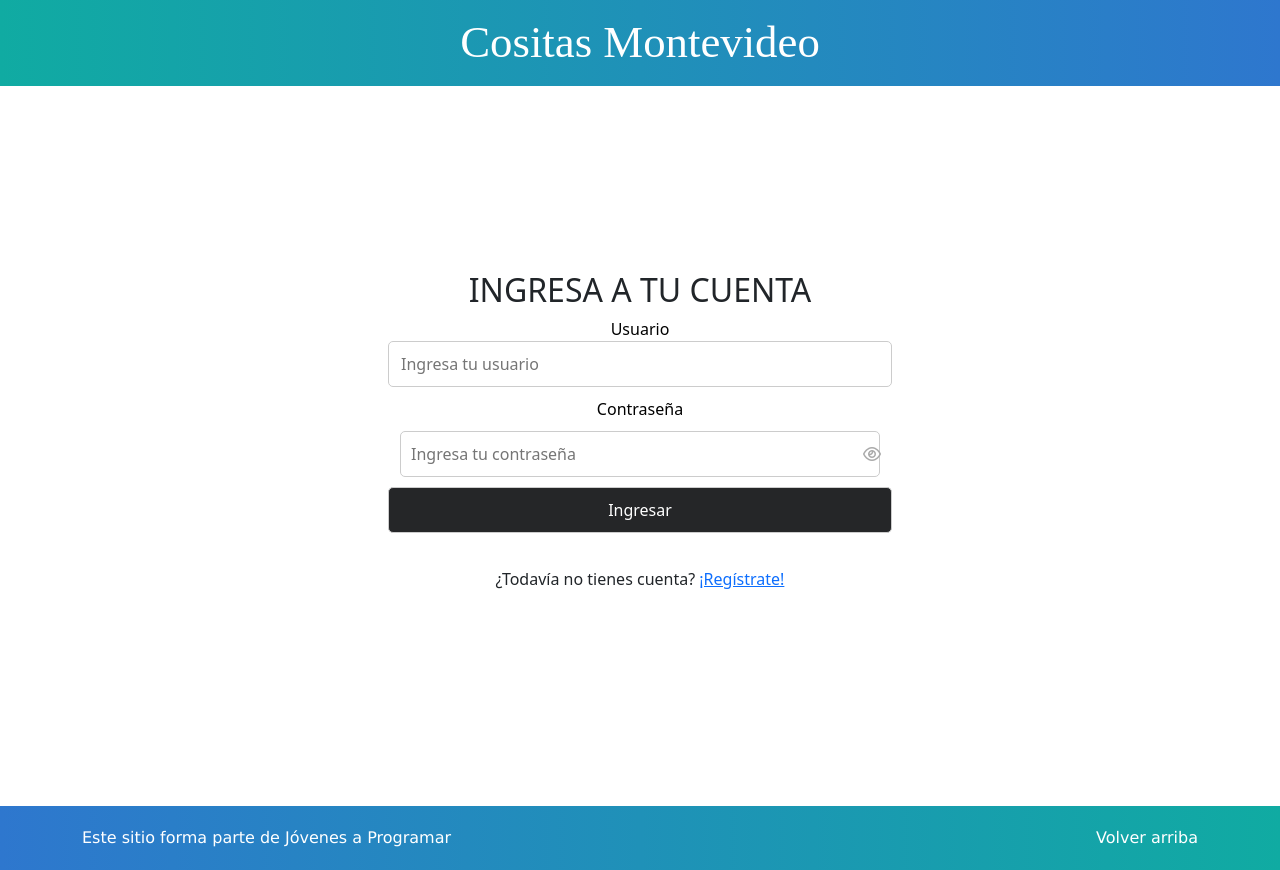
Repository: naticab/proyecto-dw
Page: login.html
These files come from the project's save history. The page is drawn as it stood at one moment and after the next save; the edit follows.
The browser window is 1280 px wide. The pictures show the whole page.
Some web fonts or font styles are not loaded; a fallback is used.

Above is the page before, as saved 2024-10-22 22:21:15.

### login.html
<!DOCTYPE html>
<html lang="es">

<head>
  <meta charset="UTF-8">
  <meta name="viewport" content="width=device-width, initial-scale=1, shrink-to-fit=no">
  <title>eMercado - Todo lo que busques está aquí</title>

  <link href="https://fonts.googleapis.com/css?family=Raleway:300,300i,400,400i,700,700i,900,900i" rel="stylesheet">
  <link href="css/bootstrap.min.css" rel="stylesheet">
  <link href="https://cdn.jsdelivr.net/npm/bootstrap@5.3.0/dist/css/bootstrap.min.css" rel="stylesheet">
  <link href="https://cdn.jsdelivr.net/npm/@fortawesome/fontawesome-free/css/all.min.css" rel="stylesheet">
  <link href="css/styles.css" rel="stylesheet" type="text/css">
  <link rel="stylesheet" href="css/login.css" type="text/css">
  <link href="css/header-and-footer.css" rel="stylesheet">
  <link href="https://fonts.googleapis.com/css2?family=Love+Ya+Like+A+Sister&display=swap" rel="stylesheet">
</head>

<body>

  <header>
    <div class="header-container">
      <h1>Cositas Montevideo</h1>
    </div>
  </header>


  <main>
    <div class="login-container">
      <h2 id="login-heading">INGRESA A TU CUENTA</h2>
      <form method="post" class="row" id="myForm">
        <label for="username">Usuario</label>
        <input type="text" id="username" name="username" placeholder="Ingresa tu usuario">

        <label for="password">Contraseña</label>
        <div class="password-container">
          <input type="password" id="password" name="password" placeholder="Ingresa tu contraseña">
          <i class="far fa-eye" id="togglePassword"></i>
        </div>

        <button type="submit" id="button">Ingresar</button>
      </form>
      <br>
      <div>¿Todavía no tienes cuenta? <a href="registration.html">¡Regístrate!</a></div>

    </div>


  </main>

  <footer class="text-center py-2">
    <div class="container">
      <div class="footer-content">
        <p class="footer-text">Este sitio forma parte de <a class="footer-link" href="https://jovenesaprogramar.edu.uy/"
            target="_blank">Jóvenes a Programar</a></p>
        <p class="footer-link-end">
          <a class="footer-link" href="#">Volver arriba</a>
        </p>
      </div>
    </div>
  </footer>

  <script src="js/login.js"></script>
</body>

</html>

### css/styles.css
.jumbotron,
.card-body,
.container,
.site-header {
  font-family: 'Verdana', serif !important;
}

.row {
  color: black;
}

#login-heading {
  font-size: 2rem;
}

.jumbotron .display-4 {
  font-weight: bold;
}

h2 {
  font-size: 2rem;
}

nav a {
  text-decoration: none;
}

.bd-placeholder-img {
  font-size: 1.125rem;
  text-anchor: middle;
  -webkit-user-select: none;
  -moz-user-select: none;
  -ms-user-select: none;
  user-select: none;
}

@media (min-width: 768px) {
  .bd-placeholder-img-lg {
    font-size: 3.5rem;
  }
}

.jumbotron {
  height: 50vh;
  padding: 5em inherit;
  margin-bottom: 0;
  background-color: #53C0FB;
  background: url('../img/cover_back.png');
  background-size: cover;
  background-position: center;
  background-repeat: no-repeat;
  color: black;
  font-weight: bold;
}

@media (min-width: 768px) {
  .jumbotron {
    padding-top: 6rem;
    padding-bottom: 6rem;
  }
}

.jumbotron p:last-child {
  margin-bottom: 0;
}

.jumbotron-heading {
  font-weight: 300;
}

.jumbotron .container {
  max-width: 40rem;
  background-color: rgba(255, 255, 255, 0.5);
  border-radius: 10px;
  text-shadow: 1px 1px 2px grey;
}

.jumbotron .lead {
  font-size: 38px;
}

.dropzone {
  border: 2px dashed #0087F7;
  border-radius: 5px;
  background: white;
}

.img-fit {
  max-height: 100%;
}

.alert {
  position: fixed;
  top: 80px;
  width: 50%;
  left: 50%;
  transform: translate(-50%, 0);
}

.lds-ring {
  display: inline-block;
  position: relative;
  width: 64px;
  height: 64px;
  top: 50%;
  left: 50%;
}

.cursor-active {
  cursor: pointer;
}

.left {
  float: left;
  padding: 4px;
  background-color: rgba(255, 255, 255, 0.5);
}

.lds-ring div {
  box-sizing: border-box;
  display: block;
  position: absolute;
  width: 51px;
  height: 51px;
  margin: 6px;
  border: 6px solid #fff;
  border-radius: 50%;
  animation: lds-ring 1.2s cubic-bezier(0.5, 0, 0.5, 1) infinite;
  border-color: #fff transparent transparent transparent;
}

.lds-ring div:nth-child(1) {
  animation-delay: -0.45s;
}

.lds-ring div:nth-child(2) {
  animation-delay: -0.3s;
}

.lds-ring div:nth-child(3) {
  animation-delay: -0.15s;
}

@keyframes lds-ring {
  0% {
    transform: rotate(0deg);
  }

  100% {
    transform: rotate(360deg);
  }
}

.signin {
  width: 100%;
  max-width: 330px;
  padding: 15px;
  margin: auto;
}

#spinner-wrapper {
  position: fixed;
  background-color: rgba(0, 0, 0, 0.5);
  width: 100%;
  height: 100%;
  top: 0;
  left: 0;
  z-index: 1021;
  display: none;
}

/* main {
  min-height: calc(100vh - 210px);
} */

a.custom-card,
a.custom-card:hover {
  color: inherit;
  text-decoration: inherit;
}

.checked {
  color: orange;
}

### css/login.css
/* body {
    display: flex;
    flex-direction: column;
    margin: 0;
    padding: 0;
} */

main {
    display: flex;
    justify-content: center;
    align-items: center;
}


.login-container {
    width: 30em;
    text-align: center;
}

input, button {
    width: 100%;
    padding: 10px;
    margin: 10px 0;
    border-radius: 5px;
    border: 1px solid #ccc;
}

button {
    width: 50%;
    background-color: #252628;
    color: white;
    cursor: pointer;
}

button:hover {
    background-color: #3f3f3f;
}


.password-container {
    position: relative;
}

.password-container i {
    position: absolute;
    right: 10px;
    top: 50%;
    transform: translateY(-50%);
    cursor: pointer;
    color: #aaa;
}


header {
    background: #121219;
    color: #fff;
    width: 100%;
    display: flex;
    justify-content: center;
    align-items: center;
    padding: 1rem 0;
    box-sizing: border-box; /* Asegúrate de que el padding no afecte el ancho total */
    margin: 0;
}

.header-container {
    width: 100%;
    text-align: center;
}

h1 {
    font-family: "Love Ya Like A Sister", cursive;
    margin: 0;
}


@media (max-width: 768px) {
    .login-container {
        width: 25em;
    }
}

@media (max-width: 576px) {

    body {
        background-color: #AAA8A4;
    }

    .login-container {
        width: 20em;
        padding: 15px;
    }

    button {
        width: 50%;
    }

    input {
        margin: 5px 0;
    }

    footer {
        visibility: hidden;
    }
}

### css/header-and-footer.css
header {
    background: linear-gradient(to right, #10ABA2, #2E77CE);
    color: #fff;
    position: relative;
}

h1 {
    font-family: "Love Ya Like A Sister", cursive;
    font-size: 2.8rem;
}

a#inicio {
    color: #f1f1f1;
    text-decoration: none;
}

a#inicio:hover {
    color: white;
    transition: color 0.3s, text-shadow 0.3s;
}

.subtitulos-header {
    font-size: 1.2rem;
}

a.nav-link {
    color: #f1f1f1;
}

a.nav-link:hover {
    color: #9b9a9b;
    transition: color 0.3s, text-shadow 0.3s;
    transform: scale(1.05);
}

/* Espaciado entre los elementos del menú */
.navbar-nav .nav-item {
    margin-right: 40px;
}

.navbar-nav .nav-item:last-child {
    margin-right: 0;
    /* Quitar margen derecho al último elemento */
}

#user-name.nav-link {
    color: #f1f1f1;
}

#user-name.nav-link:hover {
    color: #9b9a9b;
    transform: scale(1.05);
    transition: color 0.3s, text-shadow 0.3s;
}

.navbar-collapse {
    justify-content: flex-end;
}

.navbar-toggler:hover {
    cursor: pointer;
}


.user-avatar {
    border-radius: 50%;
    width: 50px;
    height: 50px;
}

.user-avatar:hover {
    transform: scale(1.10);
    transition: 0.3s;
}

.navbar-nav .dropdown-menu {
    background: linear-gradient(to right, #10ABA2, #2E77CE);
    border: none;
}

.navbar-nav .dropdown-menu:hover {
    cursor: pointer;
    color: #9b9a9b;
    transition: color 0.3s, text-shadow 0.3s;
}

.dropdown-toggle::after {
    display: none;
}

.navbar-nav .nav-link {
    display: flex;
    align-items: center;
    height: 100%;
    padding: 0.5rem 0;
}



/* Modo Claroscuro */

/* Modo Claro */
body.light-mode {
    background-color: #edf2f374;
}

body.light-mode .product-card:hover {
    box-shadow: 0 4px 8px #16161633;
    background-color: #bef3ff91;
    cursor: pointer;
}

body.light-mode .related-products:hover {
    box-shadow: #00000033;
    background-color: #bef3ff91;
    cursor: pointer;
}



/* Modo Oscuro */
body.dark-mode {
    background-color: #262729;
    color: rgb(208, 208, 208);
}

body.dark-mode .product-card:hover {
    box-shadow: 0 4px 8px #16161633;
    background-color: #bef3ff;
    cursor: pointer;
}

body.dark-mode .related-products:hover {
    box-shadow: #00000033;
    background-color: #bef3ff;
    cursor: pointer;
}

body.dark-mode .color-letters {
    color: white;
}


/* Palanca para activar el claroscuro */

#mode-toggle {
    border: none;
    outline: none;
    box-shadow: none;
}

#mode-toggle i {
    transition: color 0.3s;
    font-size: 1.2rem;
    cursor: pointer;
    color: #ffffff;
}

#mode-toggle:hover {
    background: none;
    transform: scale(1.05);
}

#mode-toggle:hover .fa-sun {
    color: #ffd700;
}

#mode-toggle:hover .fa-moon {
    color: #000000;
}



/* Cart */

#cart-button {
    border: none;
    outline: none;
    box-shadow: none;
    background-color: transparent;
}

#cart-button i {
    transition: color 0.3s;
    font-size: 1.2rem;
    color: #ffffff;
}

#cart-button i:hover {
    color: #9B9A9B;
    transform: scale(1.05);
}




@media (max-width: 995px) {

    .hamburger {
        display: flex;
        flex-direction: row;
        align-items: center;
        justify-content: space-between;
    }

    .navbar-toggler {
        position: relative;
        right: 0;
    }

    .navbar-collapse {
        display: none;
        position: absolute;
        top: 148%;
        left: -45px;
        width: 270%;
        z-index: 999;
        flex-direction: column-reverse;
        align-items: center;
        justify-content: center;
    }

    .navbar-collapse.show {
        display: flex;
    }

    .navbar-nav {
        background: linear-gradient(to right, #10ABA2, #2E77CE);
        color: #fff;
        padding: 1.5rem;
        border-radius: 0 0 100px 100px;
        font-weight: bold;
        text-align: center;
        display: flex;
        justify-content: center;
        /* Centra horizontalmente todos los li */
        align-items: center;
        /* Centra verticalmente los li */
        width: 100%;
    }

    .navbar-toggler-icon {
        background-image: url('data:[embedded picture, 238 characters]');
        filter: brightness(0) invert(1);
        /* Cambia el icono a blanco */
    }

    .navbar-toggler:focus {
        outline: none;
        box-shadow: none;
    }


    .navbar-nav:hover {
        cursor: pointer;
    }

    a.nav-link:hover {
        color: #9b9a9b;
        transition: color 0.3s, text-shadow 0.3s;
        transform: scale(1.05);
    }

    .navbar-nav .nav-item {
        margin: 10px 0;
    }
}


footer {
    background: linear-gradient(to right, #2E77CE, #10ABA2);
    color: #fff;
    min-height: 4rem;
    display: flex;
    justify-content: center;
    align-items: center;
    padding: 0 1rem;
}

.container {
    width: 100%;
}

.footer-content {
    display: flex;
    justify-content: space-between;
    width: 100%;
    align-items: center;
}

.footer-text {
    margin: 0;
    text-align: center;
}

.footer-link-end {
    margin: 0;
    text-align: right;
}

.footer-link {
    color: #fff;
    text-decoration: none;
}

.footer-link:hover {
    color: #9b9a9b;
    transition: color 0.3s, text-shadow 0.3s;
    transform: scale(1.05);
}


/* Menú desplegable del usuario */

@media (max-width: 995px) {
    .navbar-nav .dropdown-menu {
        width: auto;
        min-width: 150px;
        max-width: 200px;
        left: 0;
        right: auto;
        top: 100%;
        position: relative;
        z-index: 1000;
    }

    .dropdown-menu>li {
        padding: 0.05rem;

    }

    .dropdown-item {
        width: 100%;
        white-space: normal;
    }
}

main {
    min-height: 100vh;
    /* El contenido ocupará al menos el 100% de la altura de la ventana */
    padding-bottom: 30px;
    /* Da espacio suficiente para que el contenido no se superponga con el footer */
    box-sizing: border-box;
}

### js/login.js
document.getElementById('togglePassword').addEventListener('click', function () {
    const passwordField = document.getElementById('password');
    const type = passwordField.getAttribute('type') === 'password' ? 'text' : 'password';
    passwordField.setAttribute('type', type);

    this.classList.toggle('fa-eye-slash');
});

Loaded but not shown: css/bootstrap.min.css (library)

After the next save:
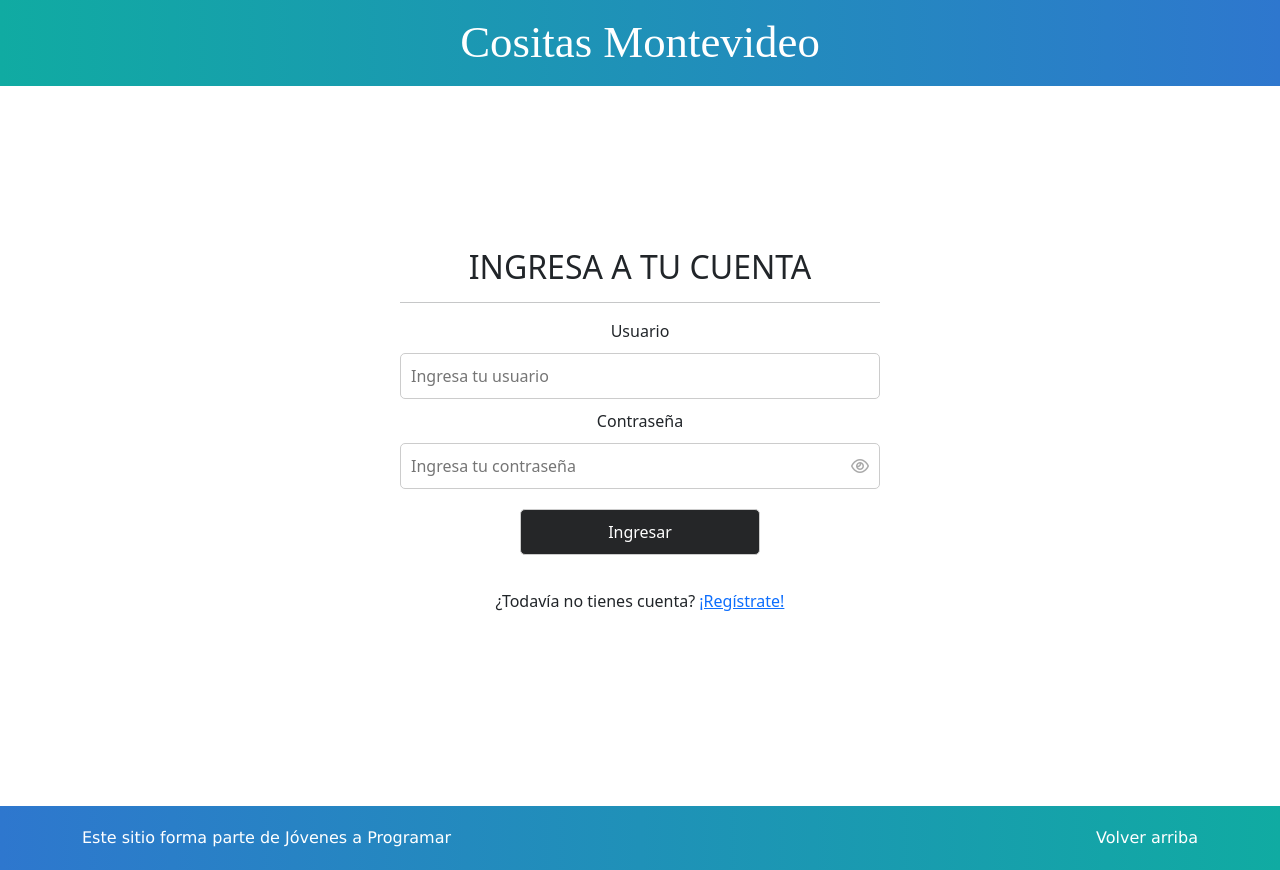
Saved 19 s later.
--- a/login.html
+++ b/login.html
@@ -20,27 +20,26 @@
 
   <header>
     <div class="header-container">
-      <h1>Cositas Montevideo</h1>
+        <h1>Cositas Montevideo</h1>
     </div>
-  </header>
+</header>
 
 
   <main>
     <div class="login-container">
       <h2 id="login-heading">INGRESA A TU CUENTA</h2>
-      <form method="post" class="row" id="myForm">
-        <label for="username">Usuario</label>
-        <input type="text" id="username" name="username" placeholder="Ingresa tu usuario">
+      <hr>
+      <label for="username">Usuario</label>
+      <input type="text" id="username" name="username" placeholder="Ingresa tu usuario">
 
-        <label for="password">Contraseña</label>
-        <div class="password-container">
-          <input type="password" id="password" name="password" placeholder="Ingresa tu contraseña">
-          <i class="far fa-eye" id="togglePassword"></i>
-        </div>
+      <label for="password">Contraseña</label>
+      <div class="password-container">
+        <input type="password" id="password" name="password" placeholder="Ingresa tu contraseña">
+        <i class="far fa-eye" id="togglePassword"></i>
+      </div>
 
-        <button type="submit" id="button">Ingresar</button>
-      </form>
-      <br>
+      <button type="submit" id="button">Ingresar</button>
+<br><br>
       <div>¿Todavía no tienes cuenta? <a href="registration.html">¡Regístrate!</a></div>
 
     </div>
